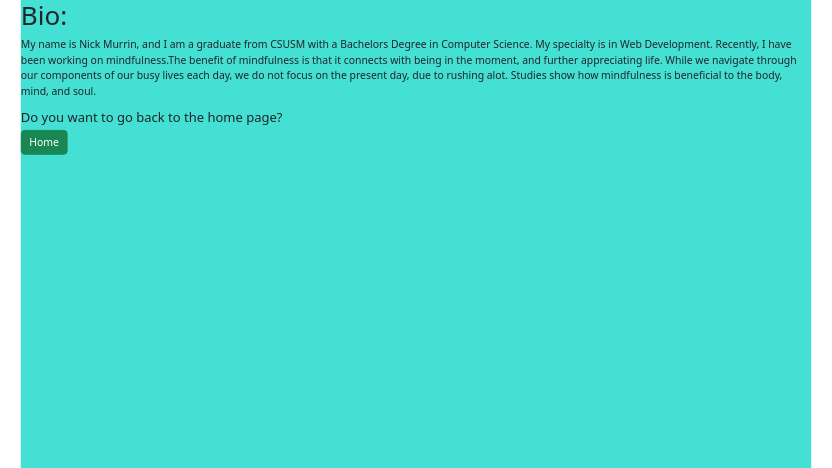
Repository: collegedude9300/zenstationnext
Page: /About
An editor plug-in stored every save of this project. The page is shown before and after the next save, followed by the edit.
The browser window is 1280 px wide. The pictures show the whole page, at 65% of full size.
The project was rebuilt for these pictures with package versions that can differ from the ones it lists, and the page was loaded fresh each time. The framework's server and built-in components were replaced by stand-ins that run in the browser. Also part of the build but not shown: next.config.js.

Above is the page before, as saved 2022-10-12 09:23:04.

### pages/About.js

import Head from 'next/head'
import Image from 'next/image'
import styles from '../styles/Home.module.css'
import 'bootstrap/dist/css/bootstrap.css'
import Link from 'next/link'
export default function About() {
return (
    <div className={styles.container}>
      <Head>
        <title>About</title>
        <meta name="description" content="Generated by create next app" />
        <link rel="icon" href="/favicon.ico" />
      </Head>
      <main className={styles.pages}>
<h1 className="aboutBio"> Bio: </h1>
<p>
My name is Nick Murrin, and I am a graduate from CSUSM with a Bachelors Degree in Computer Science.
My specialty is in Web Development. Recently, I have been working on mindfulness.The benefit of mindfulness is that it connects with being in the moment, and further appreciating life.
While we navigate through our components of our busy lives each day, we do not focus on the present day, due to rushing alot.
Studies show how mindfulness is beneficial to the body, mind, and soul.
</p>
<h5>Do you want to go back to the home page?</h5>
<Link href="/">
<a className="btn btn-success">Home</a>
</Link>
</main>
</div>
)}

### styles/Home.module.css
.container {
  padding: 0 2rem;
}
.pages{
  background-color: #43e0d3;
  min-height: 100vh;
}
.main {
  min-height: 100vh;
  padding: 4rem 0;
  flex: 1;
  display: flex;
  flex-direction: column;
  justify-content: center;
  align-items: center;
}
.aboutBio {

  margin: 0;
  line-height: 1.15;
  font-size: 4rem;
  text-align: center;
}
.footer {
  display: flex;
  flex: 1;
  padding: 2rem 0;
  border-top: 1px solid #eaeaea;
  justify-content: center;
  align-items: center;
}

.footer a {
  display: flex;
  justify-content: center;
  align-items: center;
  flex-grow: 1;
}

.title a {
  color: #0070f3;
  text-decoration: none;
}

.title a:hover,
.title a:focus,
.title a:active {
  text-decoration: underline;
}

.title {
  margin: 0;
  line-height: 1.15;
  font-size: 4rem;
}

.title,
.description {
  text-align: center;
}

.description {
  margin: 4rem 0;
  line-height: 1.5;
  font-size: 1.5rem;
}

.code {
  background: #fafafa;
  border-radius: 5px;
  padding: 0.75rem;
  font-size: 1.1rem;
  font-family: Menlo, Monaco, Lucida Console, Liberation Mono, DejaVu Sans Mono,
    Bitstream Vera Sans Mono, Courier New, monospace;
}

.grid {
  display: flex;
  align-items: center;
  justify-content: center;
  flex-wrap: wrap;
  max-width: 800px;
}

.card {
  margin: 1rem;
  padding: 1.5rem;
  text-align: left;
  color: inherit;
  text-decoration: none;
  border: 1px solid #eaeaea;
  border-radius: 10px;
  transition: color 0.15s ease, border-color 0.15s ease;
  max-width: 300px;
}

.card:hover,
.card:focus,
.card:active {
  color: #0070f3;
  border-color: #0070f3;
}

.card h2 {
  margin: 0 0 1rem 0;
  font-size: 1.5rem;
}

.card p {
  margin: 0;
  font-size: 1.25rem;
  line-height: 1.5;
}

.logo {
  height: 1em;
  margin-left: 0.5rem;
}

@media (max-width: 600px) {
  .grid {
    width: 100%;
    flex-direction: column;
  }
}

@media (prefers-color-scheme: dark) {
  .card,
  .footer {
    border-color: #222;
  }
  .code {
    background: #111;
  }
  .logo img {
    filter: invert(1);
  }
}

Loaded but not shown: pages/_app.js (common file); styles/globals.css (common file)

After the next save:
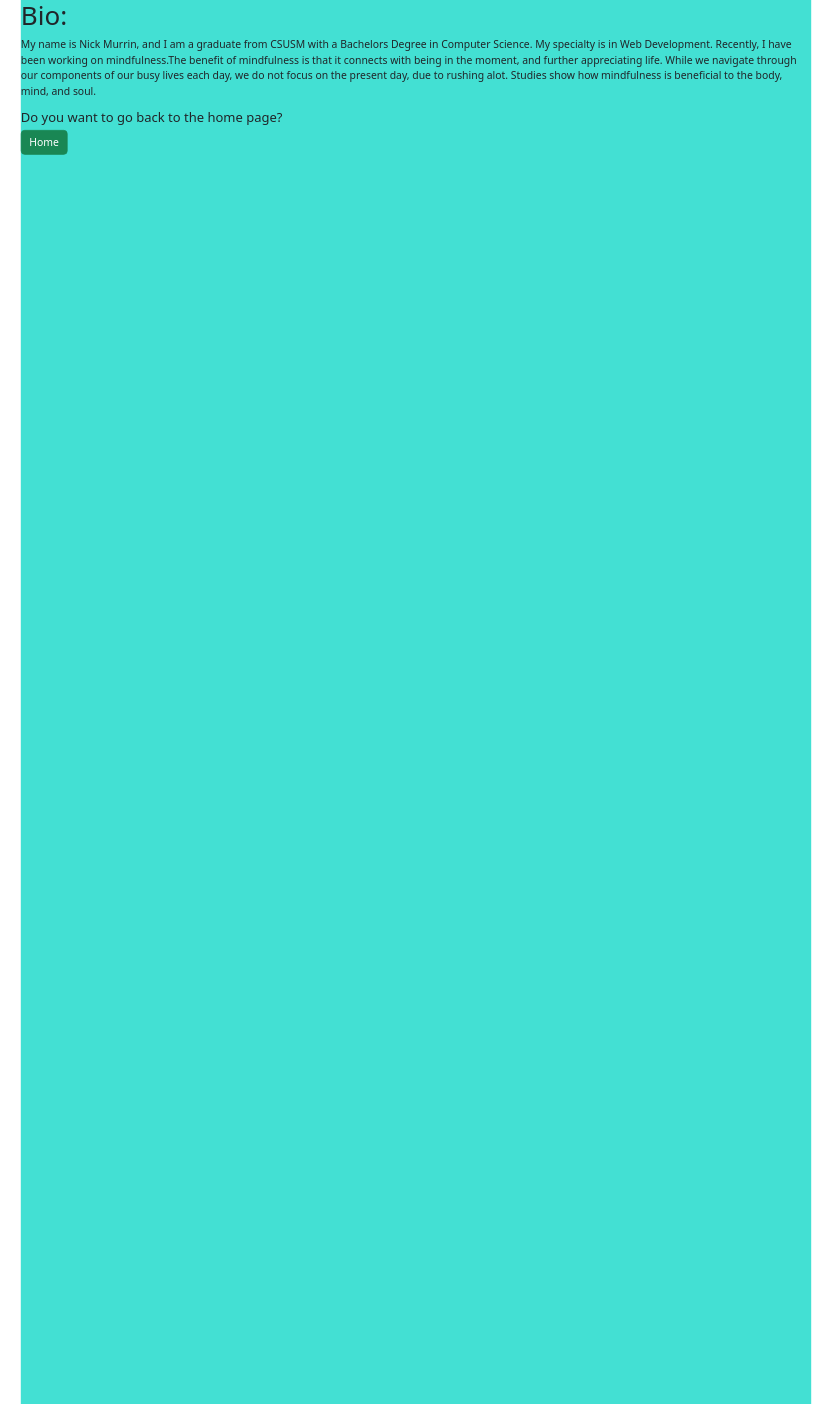
Saved 30 h 35 min later.
--- a/styles/Home.module.css
+++ b/styles/Home.module.css
@@ -3,7 +3,7 @@
 }
 .pages{
   background-color: #43e0d3;
-  min-height: 100vh;
+  min-height: 300vh;
 }
 .main {
   min-height: 100vh;

After the 4 saves that followed:
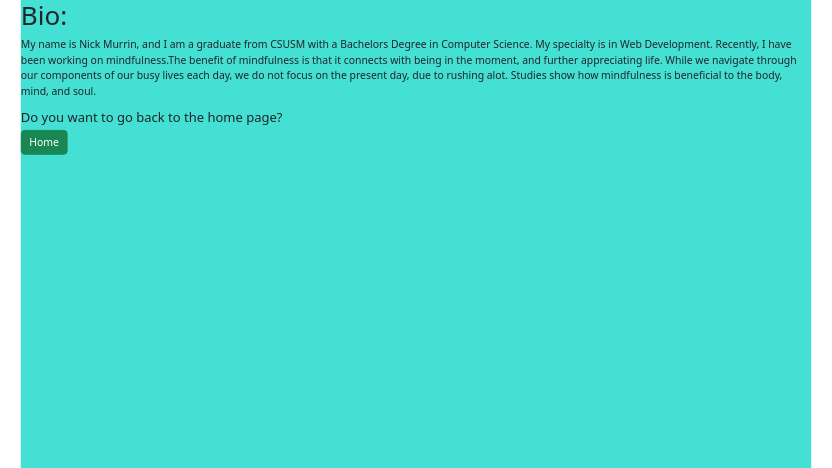
The 4 saves are shown as one change because 3 left the picture as it was.
The last was saved 112 s later.
--- a/styles/Home.module.css
+++ b/styles/Home.module.css
@@ -3,7 +3,7 @@
 }
 .pages{
   background-color: #43e0d3;
-  min-height: 300vh;
+  min-height: 100vh;
 }
 .main {
   min-height: 100vh;
